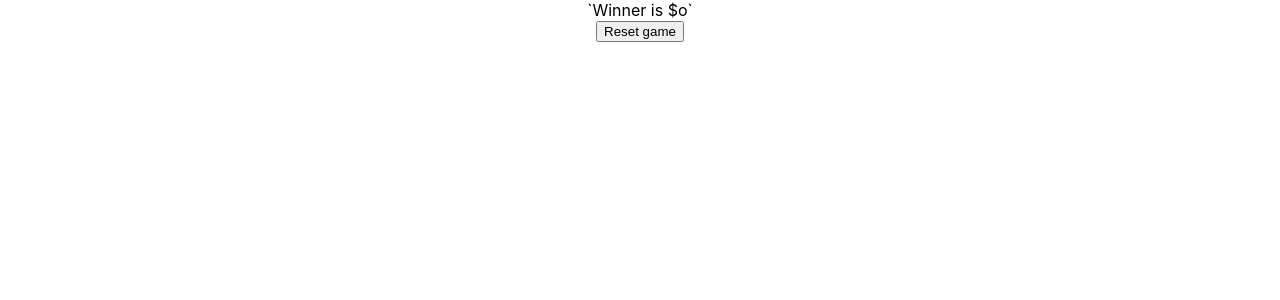
Repository: Phanvangiu/Tictactoe
Page: / (app in tictactoe/)
These files come from the project's save history. The page is drawn as it stood at one moment and after the next save; the edit follows.
The browser window is 1280 px wide. The pictures show the whole page.
The project was rebuilt for these pictures with package versions that can differ from the ones it lists, and the page was loaded fresh each time.

Above is the page before, as saved 2023-10-13 14:17:27.

After the next save:
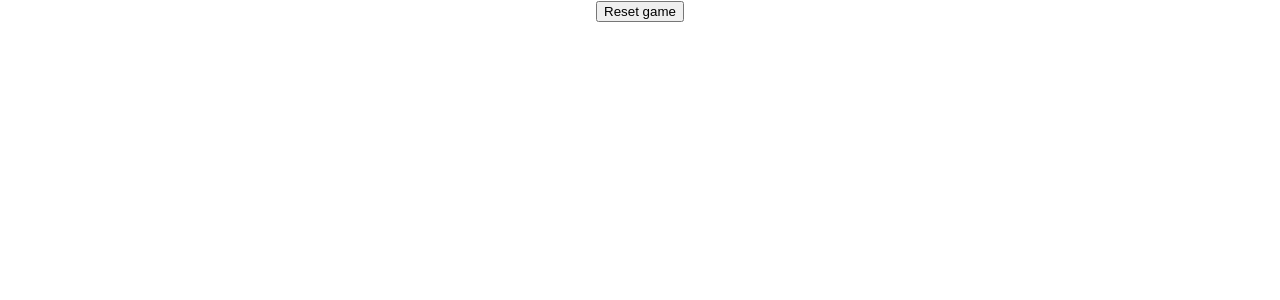
Saved 2 min 9 s later.
--- a/tictactoe/src/Copy1Game/Copygame.js
+++ b/tictactoe/src/Copy1Game/Copygame.js
@@ -28,8 +28,7 @@ const Copygame = () => {
   const handleClick = (index) => {
     dispactch({
       type: "CLICK",
-      payload: index,
-      winner,
+      payload: { index, winner },
     });
   };
   const handleResetGame = () => {
@@ -40,7 +39,7 @@ const Copygame = () => {
   return (
     <div>
       <Board cells={state.board} onClick={handleClick}></Board>
-      <div className="game-winner">`Winner is ${winner ? "x" : "o"}`</div>
+      <div className="game-winner">{winner ? `Winner is ${winner}` : ``}</div>
       <button onClick={handleResetGame}>Reset game</button>
     </div>
   );
